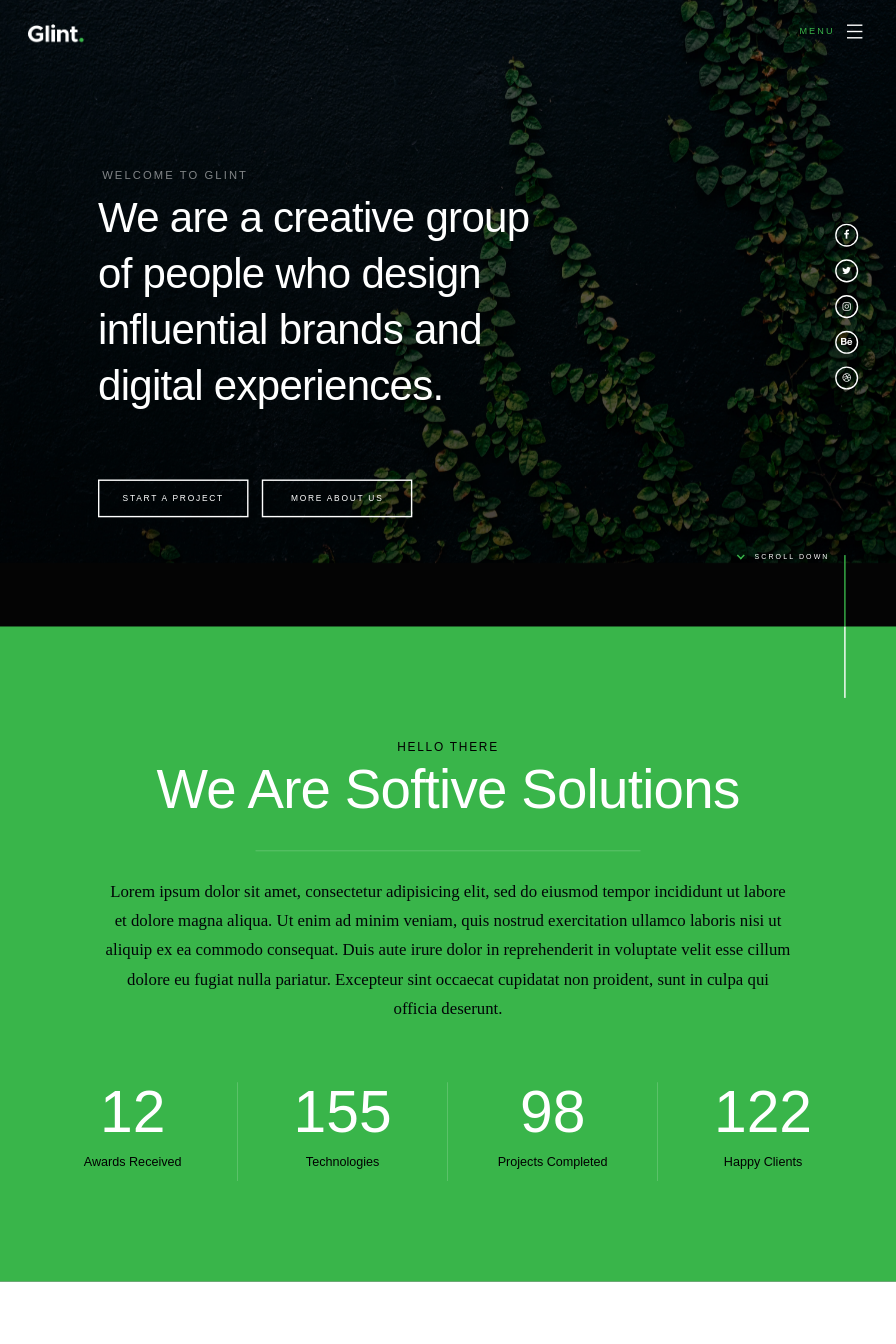
Repository: ahsankalim09/light-Agency
Page: index.html
These files come from the project's save history. The page is drawn as it stood at one moment and after the next save; the edit follows.
The browser window is 1280 px wide. The pictures show the part of the page from y = 0 to 1920 px (the page is 8556 px tall), at 70% of full size.
Some web fonts or font styles are not loaded; a fallback is used.

Above is the page before, as saved 2020-12-27 18:56:39.

After the next save:
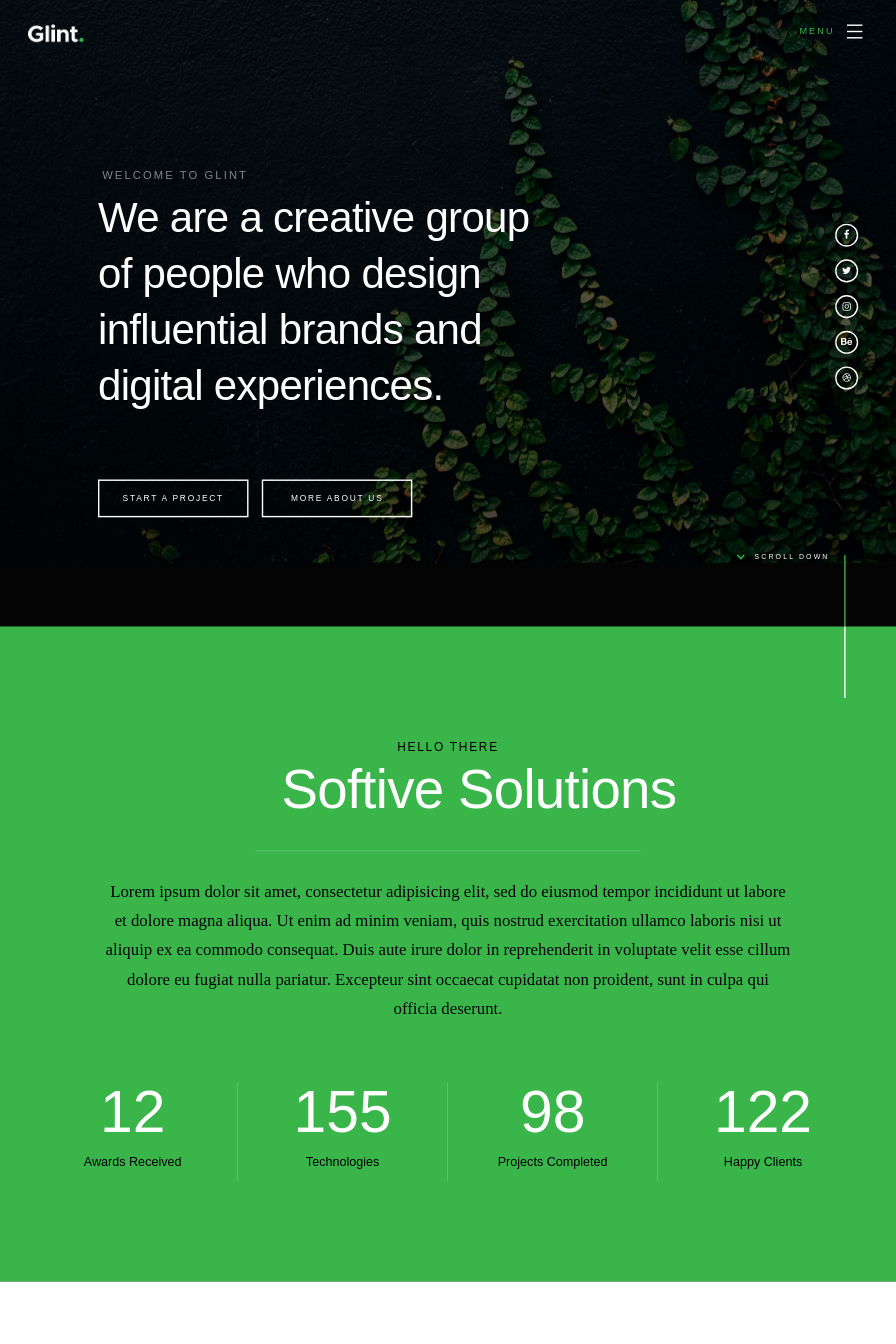
Saved 15 s later.
--- a/index.html
+++ b/index.html
@@ -123,7 +123,7 @@
 <div class="row section-header has-bottom-sep" data-aos="fade-up">
 <div class="col-full">
 <h3 class="subhead subhead--dark">Hello There</h3>
-<h1 class="display-1 display-1--light"> <span> We Are </span>Softive Solutions</h1>
+<h1 class="display-1 display-1--light"> <span class="subhead" > We Are </span>Softive Solutions</h1>
 </div>
 </div>
 <div class="row about-desc" data-aos="fade-up">

After the save that followed:
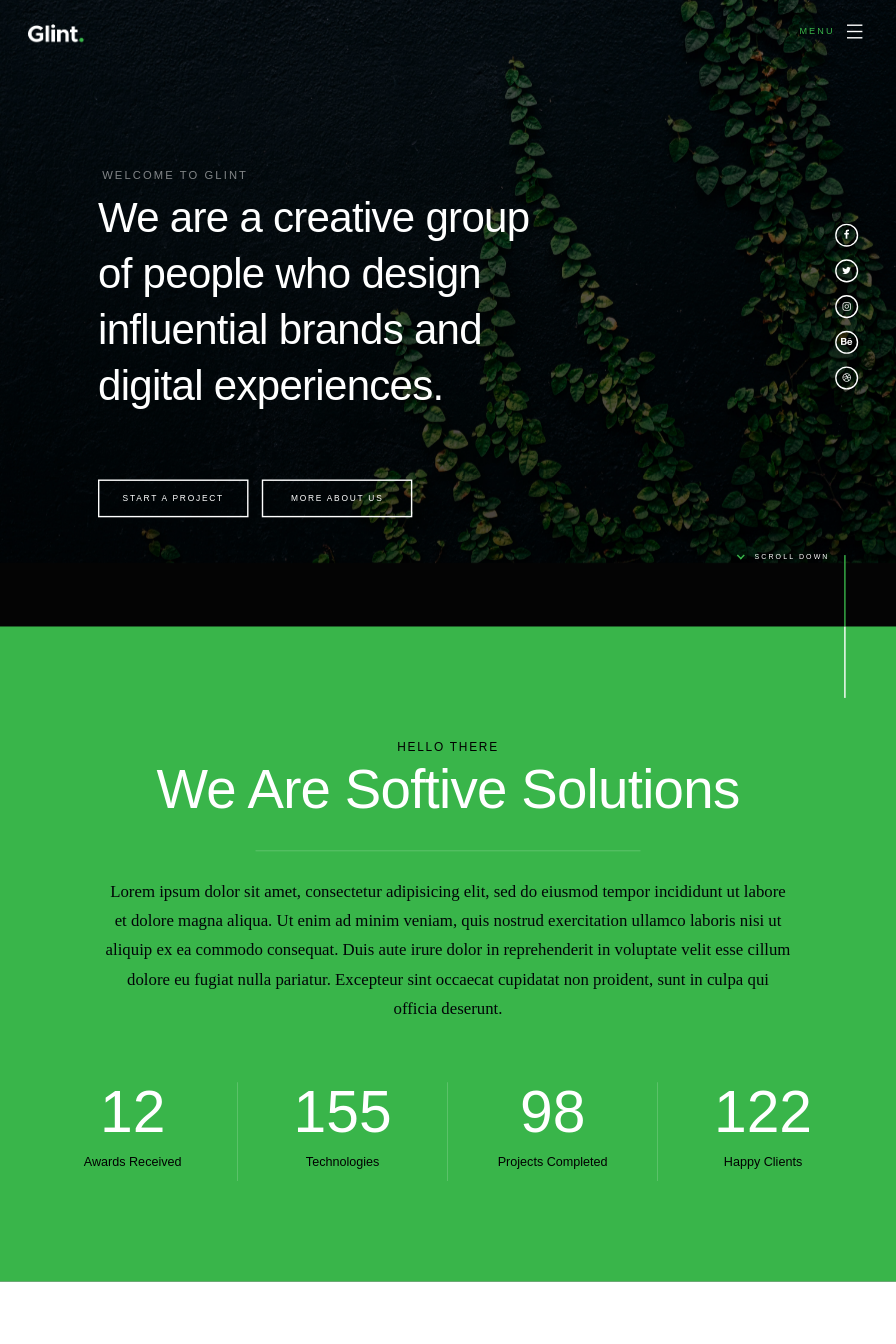
Saved 28 s later.
--- a/index.html
+++ b/index.html
@@ -123,7 +123,7 @@
 <div class="row section-header has-bottom-sep" data-aos="fade-up">
 <div class="col-full">
 <h3 class="subhead subhead--dark">Hello There</h3>
-<h1 class="display-1 display-1--light"> <span class="subhead" > We Are </span>Softive Solutions</h1>
+<h1 class="display-1 display-1--light"> <span > We Are </span>Softive Solutions</h1>
 </div>
 </div>
 <div class="row about-desc" data-aos="fade-up">
